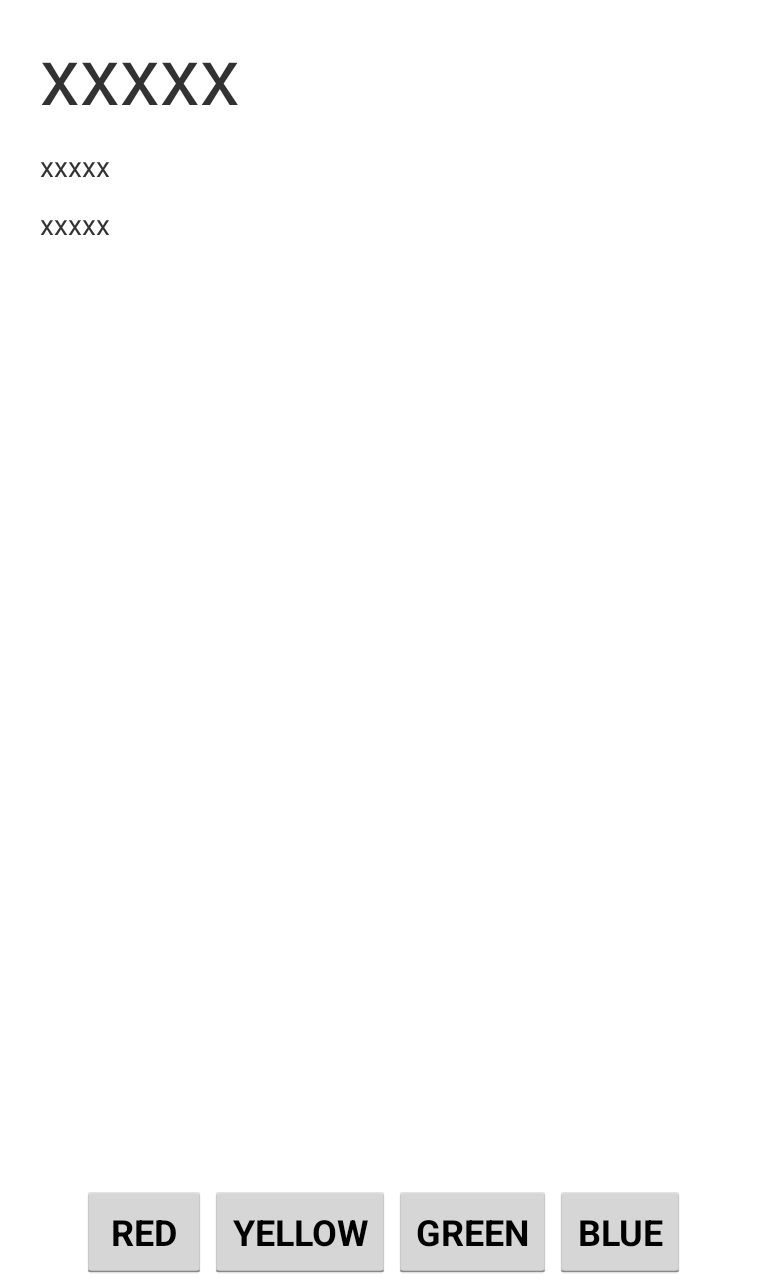
Repository: SettawutSomboon/SouthNationalPark
Layout: SouthNationalParkTravel/SouthNationalPark/res/layout/test.xml
These files come from the project's save history. The layout is drawn as it stood at one moment and after the next save; the edit follows.
It is drawn on a 768 x 1280 px phone screen (xhdpi) without system bars, with theme AppTheme; the app's code is not run.

Above is the layout before, as saved 2015-02-27 11:35:46.

### SouthNationalParkTravel/SouthNationalPark/res/layout/test.xml
<?xml version="1.0" encoding="utf-8"?>
<LinearLayout xmlns:android="http://schemas.android.com/apk/res/android"
    android:layout_width="match_parent"
    android:layout_height="match_parent"
    android:orientation="vertical" >

    <ScrollView
        android:id="@+id/sv_step1_purchase"
        android:layout_width="match_parent"
        android:layout_height="wrap_content"
        android:layout_marginBottom="10dp"
        android:fillViewport="true"
        android:paddingBottom="10dp"
        android:paddingLeft="10dp"
        android:paddingRight="10dp" >

        <LinearLayout
            android:id="@+id/rl_easyfund_step1_purchase_wrap_content"
            android:layout_width="match_parent"
            android:layout_height="wrap_content"
            android:layout_marginTop="10dp"
            android:orientation="vertical"
            android:paddingBottom="10dp"
            android:paddingLeft="10dp"
            android:paddingRight="10dp" >

            <TextView
                android:id="@+id/txt_parkname"
                android:layout_width="match_parent"
                android:layout_height="wrap_content"
                android:textSize="40dp"
                android:text="xxxxx" />

            <TextView
                android:id="@+id/txt_general"
                android:layout_width="match_parent"
                android:layout_height="wrap_content"
                android:layout_marginTop="10dp"
                android:text="xxxxx" />

            <TextView
                android:id="@+id/txt_topography"
                android:layout_width="match_parent"
                android:layout_height="wrap_content"
                android:layout_marginTop="10dp"
                android:text="xxxxx" />
        </LinearLayout>
    </ScrollView>

    <LinearLayout
        android:layout_width="match_parent"
        android:layout_height="match_parent"
        android:gravity="bottom"
        android:orientation="vertical" >

        <RelativeLayout
            android:id="@+id/rl_easyfund_step1_purchase_next"
            android:layout_width="match_parent"
            android:layout_height="wrap_content" >

            <LinearLayout
                android:layout_width="fill_parent"
                android:layout_height="wrap_content"
                android:background="#ffffff"
                android:gravity="center"
                android:orientation="horizontal" >

                <Button
                    android:id="@+id/red__bt_id"
                    android:layout_width="wrap_content"
                    android:layout_height="wrap_content"
                    android:text="RED"
                    android:textStyle="bold" />

                <Button
                    android:id="@+id/yellow_bt_id"
                    android:layout_width="wrap_content"
                    android:layout_height="wrap_content"
                    android:text="YELLOW"
                    android:textStyle="bold" />

                <Button
                    android:id="@+id/green_bt_id"
                    android:layout_width="wrap_content"
                    android:layout_height="wrap_content"
                    android:text="GREEN"
                    android:textStyle="bold" />

                <Button
                    android:id="@+id/blue_bt_id"
                    android:layout_width="wrap_content"
                    android:layout_height="wrap_content"
                    android:text="BLUE"
                    android:textStyle="bold" />
            </LinearLayout>
        </RelativeLayout>
    </LinearLayout>

</LinearLayout>

Loaded but not shown: SouthNationalParkTravel/SouthNationalPark/res/values/styles.xml (common file); SouthNationalParkTravel/SouthNationalPark/res/values-v11/styles.xml (common file); SouthNationalParkTravel/SouthNationalPark/res/values-v14/styles.xml (common file)

After the next save:
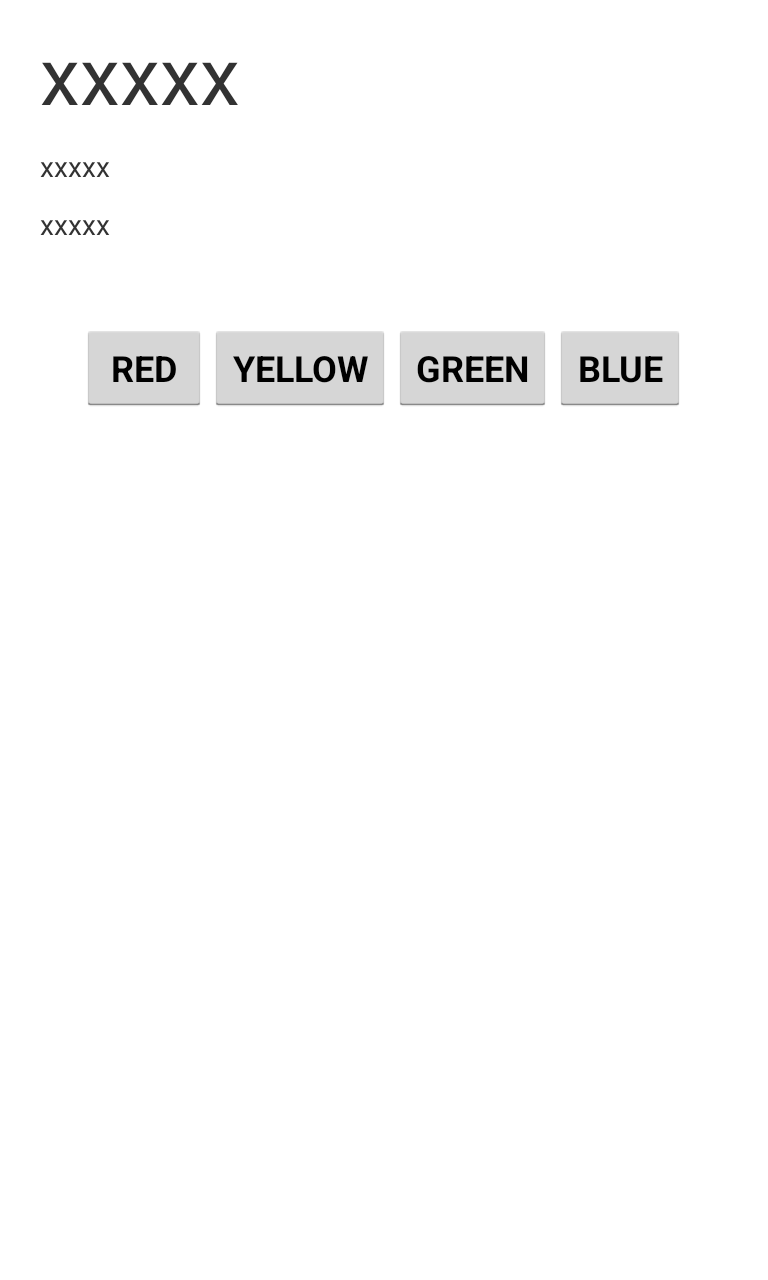
Saved 9 min 28 s later.
--- a/SouthNationalParkTravel/SouthNationalPark/res/layout/test.xml
+++ b/SouthNationalParkTravel/SouthNationalPark/res/layout/test.xml
@@ -47,16 +47,16 @@
         </LinearLayout>
     </ScrollView>
 
-    <LinearLayout
-        android:layout_width="match_parent"
-        android:layout_height="match_parent"
-        android:gravity="bottom"
-        android:orientation="vertical" >
+
 
         <RelativeLayout
-            android:id="@+id/rl_easyfund_step1_purchase_next"
-            android:layout_width="match_parent"
-            android:layout_height="wrap_content" >
+            android:id="@+id/rl_easyfund_confirm_next"
+        android:layout_width="match_parent"
+        android:layout_height="45dp"
+        android:layout_alignParentBottom="true"
+        android:layout_marginTop="10dp"
+        android:layout_marginLeft="10dp"
+        android:layout_marginRight="10dp" >
 
             <LinearLayout
                 android:layout_width="fill_parent"
@@ -94,6 +94,6 @@
                     android:textStyle="bold" />
             </LinearLayout>
         </RelativeLayout>
-    </LinearLayout>
+
 
 </LinearLayout>
